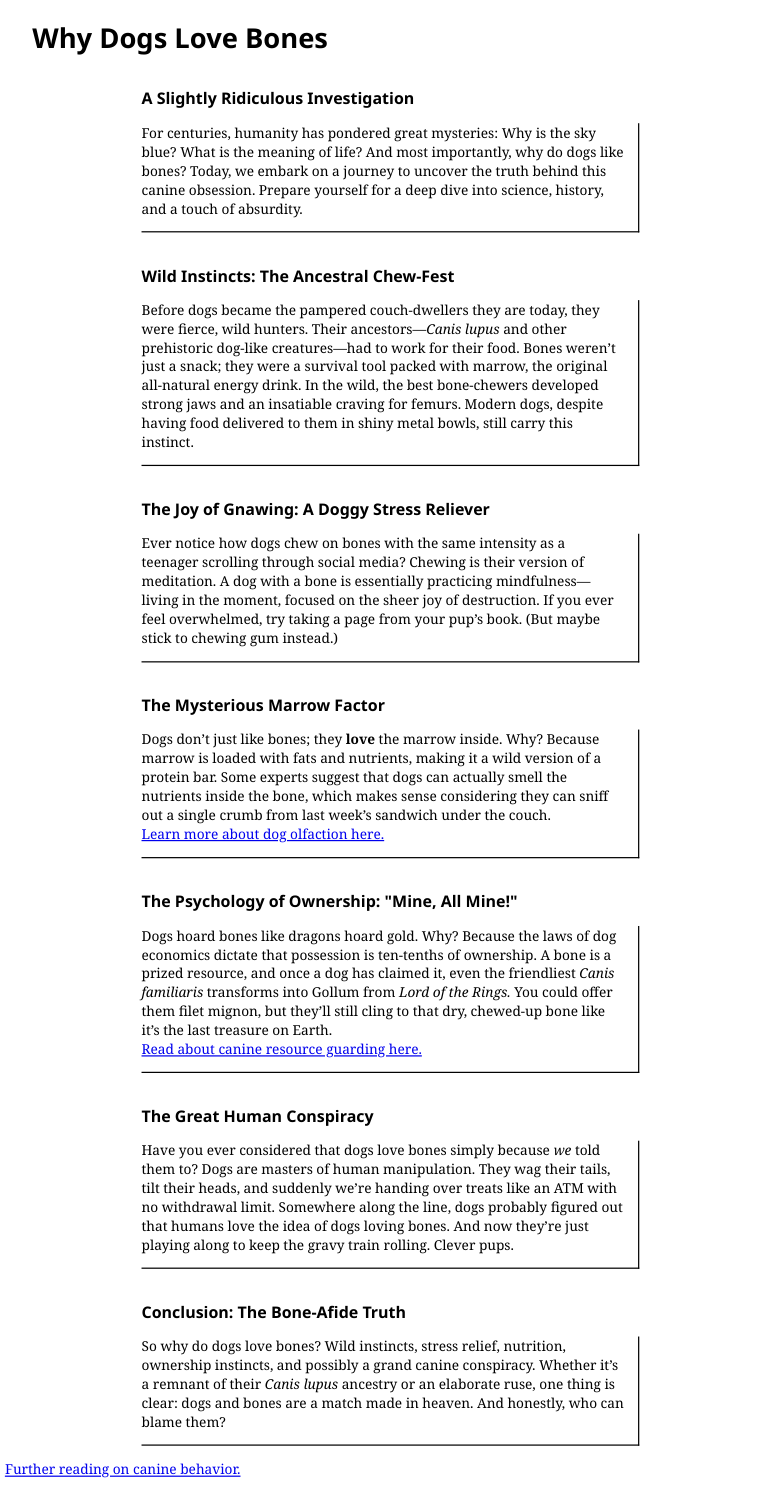
Repository: Leith-vdl/apprentice-challenge-1
Page: index.html
The author's editor kept a copy of each file at every save. The page is drawn from the files as they stood at one save, then again after the next save.
The browser window is 1280 px wide. The pictures show the whole page, at 61% of full size.

Above is the page before, as saved 2025-01-31 15:38:34.

### index.html
<!DOCTYPE html>
<html lang="en">
<head>
    <meta charset="UTF-8">
    <meta name="viewport" content="width=device-width, initial-scale=1.0">
    <title>Why Dogs Love Bones</title>
    <link rel="stylesheet" href="styles/styles.css">
</head>
<body>
    <header class="page-header">
        <h1 class="page-header-title">
            Why Dogs Love Bones
        </h1>
    </header>
    <main>
        <section>
            <h3 class="section-title">A Slightly Ridiculous Investigation</h3>
            <p class="section-main-text">
                For centuries, humanity has pondered great mysteries: Why is the sky blue? What is the
                meaning of life? And most importantly, why do dogs like bones? Today, we embark on a
                journey to uncover the truth behind this canine obsession. Prepare yourself for a deep dive into
                science, history, and a touch of absurdity.
            </p>
        </section>
        <section>
            <h3 class="section-title">Wild Instincts: The Ancestral Chew-Fest</h3>
            <p class="section-main-text">
                Before dogs became the pampered couch-dwellers they are today, they were fierce, wild
                hunters. Their ancestors—<i>Canis lupus</i> and other prehistoric dog-like creatures—had to work for
                their food. Bones weren’t just a snack; they were a survival tool packed with marrow, the
                original all-natural energy drink. In the wild, the best bone-chewers developed strong jaws
                and an insatiable craving for femurs. Modern dogs, despite having food delivered to them in
                shiny metal bowls, still carry this instinct.
            </p>
        </section>
        <section>
            <h3 class="section-title">The Joy of Gnawing: A Doggy Stress Reliever</h3>
            <p class="section-main-text">
                Ever notice how dogs chew on bones with the same intensity as a teenager scrolling through
                social media? Chewing is their version of meditation. A dog with a bone is essentially practicing
                mindfulness—living in the moment, focused on the sheer joy of destruction. If you ever feel
                overwhelmed, try taking a page from your pup’s book. (But maybe stick to chewing gum
                instead.)
            </p>
        </section>
        <section>
            <h3 class="section-title">The Mysterious Marrow Factor</h3>
            <p class="section-main-text">
                Dogs don’t just like bones; they <b>love</b> the marrow inside. Why? Because marrow is loaded with
                fats and nutrients, making it a wild version of a protein bar. Some experts suggest that dogs
                can actually smell the nutrients inside the bone, which makes sense considering they can sniff
                out a single crumb from last week’s sandwich under the couch.<br>
                <a href="https://vcahospitals.com/know-your-pet/how-dogs-use-smell-to-perceive-the-world" target="_blank">Learn more about dog olfaction here.</a>
            </p>
        </section>
        <section>
            <h3 class="section-title">The Psychology of Ownership: "Mine, All Mine!"</h3>
            <p class="section-main-text">
                Dogs hoard bones like dragons hoard gold. Why? Because the laws of dog economics dictate
                that possession is ten-tenths of ownership. A bone is a prized resource, and once a dog has
                claimed it, even the friendliest <i>Canis familiaris</i> transforms into Gollum from <i>Lord of the Rings.</i>
                You could offer them filet mignon, but they’ll still cling to that dry, chewed-up bone like it’s the
                last treasure on Earth.<br>
                <a href="https://www.battersea.org.uk/pet-advice/dog-advice/dealing-resource-guarding?gad_source=1&gclid=Cj0KCQiAhvK8BhDfARIsABsPy4h3CRlVVPVANZfAc-HngzDTwKg5KUgeNuAmZD8EIJDuwS7ktlBpRYQaAjNyEALw_wcB" target="_blank">Read about canine resource guarding here.</a>
            </p>
        </section>
        <section>
            <h3 class="section-title">The Great Human Conspiracy</h3>
            <p class="section-main-text">
                Have you ever considered that dogs love bones simply because <i>we</i> told them to? Dogs are
                masters of human manipulation. They wag their tails, tilt their heads, and suddenly we’re
                handing over treats like an ATM with no withdrawal limit. Somewhere along the line, dogs
                probably figured out that humans love the idea of dogs loving bones. And now they’re just
                playing along to keep the gravy train rolling. Clever pups.
            </p>
        </section>
        <section>
            <h3 class="section-title">Conclusion: The Bone-Afide Truth</h3>
            <p class="section-main-text">
                So why do dogs love bones? Wild instincts, stress relief, nutrition, ownership instincts, and
                possibly a grand canine conspiracy. Whether it’s a remnant of their <i>Canis lupus</i> ancestry or an
                elaborate ruse, one thing is clear: dogs and bones are a match made in heaven. And honestly,
                who can blame them?
            </p>
        </section>
    </main>
    <footer>
        <p>
            <a href="https://en.wikipedia.org/wiki/Dog_behavior" target="_blank">Further reading on canine behavior.</a>
        </p>
    </footer>
</body>
</html>

### styles/styles.css
body {
    font-size: 1.4em;
    font-family: Georgia, 'Times New Roman', Times, serif
}

main {
    margin: 0 10em;
}

header.page-header {
    margin: 0 0 0 2em;
}

h1.page-header-title, h3.section-title {
    font-family: 'Segoe UI', Tahoma, Geneva, Verdana, sans-serif;
    margin-bottom: 0.2em;
}

h3.section-title {
    margin-top: 2em;
}

p.section-main-text1 {
    padding: 0 1em 1em 0;
    border-bottom: 2px solid black;
    border-left: 2px solid black;
}

p.section-main-text {
    padding: 0 1em 1em 0;
    border-bottom: 2px solid black;
    border-right: 2px solid black;
}

After the next save:
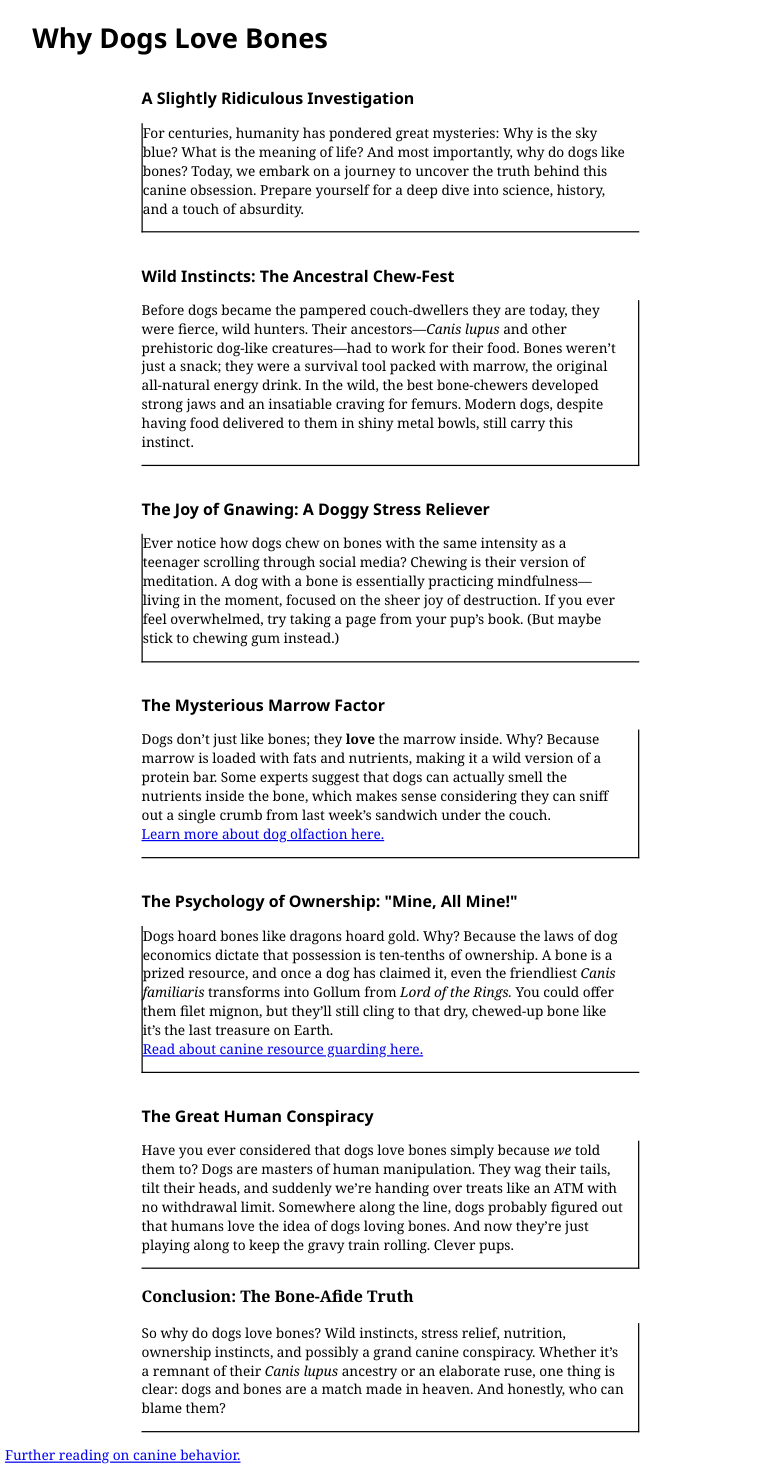
Saved 8 s later.
--- a/index.html
+++ b/index.html
@@ -15,7 +15,7 @@
     <main>
         <section>
             <h3 class="section-title">A Slightly Ridiculous Investigation</h3>
-            <p class="section-main-text">
+            <p class="section-main-text1">
                 For centuries, humanity has pondered great mysteries: Why is the sky blue? What is the
                 meaning of life? And most importantly, why do dogs like bones? Today, we embark on a
                 journey to uncover the truth behind this canine obsession. Prepare yourself for a deep dive into
@@ -35,7 +35,7 @@
         </section>
         <section>
             <h3 class="section-title">The Joy of Gnawing: A Doggy Stress Reliever</h3>
-            <p class="section-main-text">
+            <p class="section-main-text1">
                 Ever notice how dogs chew on bones with the same intensity as a teenager scrolling through
                 social media? Chewing is their version of meditation. A dog with a bone is essentially practicing
                 mindfulness—living in the moment, focused on the sheer joy of destruction. If you ever feel
@@ -55,7 +55,7 @@
         </section>
         <section>
             <h3 class="section-title">The Psychology of Ownership: "Mine, All Mine!"</h3>
-            <p class="section-main-text">
+            <p class="section-main-text1">
                 Dogs hoard bones like dragons hoard gold. Why? Because the laws of dog economics dictate
                 that possession is ten-tenths of ownership. A bone is a prized resource, and once a dog has
                 claimed it, even the friendliest <i>Canis familiaris</i> transforms into Gollum from <i>Lord of the Rings.</i>
@@ -75,7 +75,7 @@
             </p>
         </section>
         <section>
-            <h3 class="section-title">Conclusion: The Bone-Afide Truth</h3>
+            <h3 class="section-title1">Conclusion: The Bone-Afide Truth</h3>
             <p class="section-main-text">
                 So why do dogs love bones? Wild instincts, stress relief, nutrition, ownership instincts, and
                 possibly a grand canine conspiracy. Whether it’s a remnant of their <i>Canis lupus</i> ancestry or an
